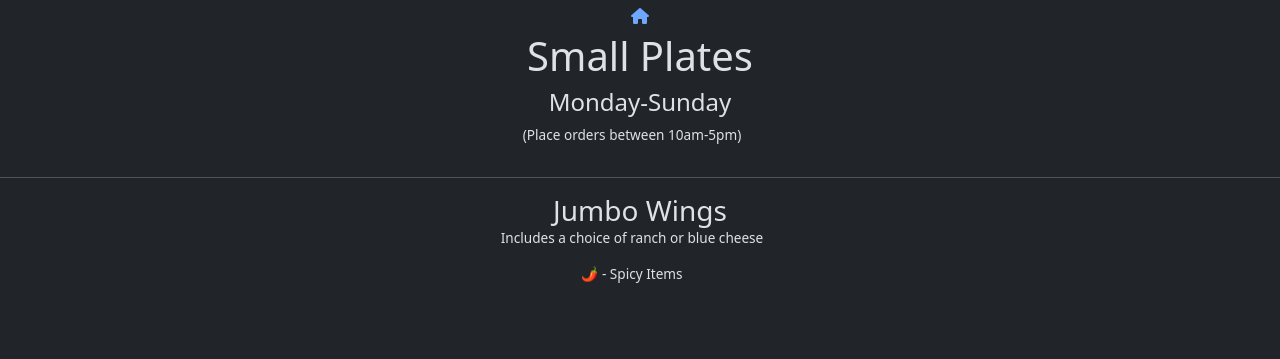
Repository: dukedward/smokehousemenu
Page: plates/index.html
An editor plug-in stored every save of this project. The page is shown before and after the next save, followed by the edit.
The browser window is 1280 px wide. The pictures show the whole page.
Some web libraries are served in a nearby version.

Above is the page before, as saved 2023-03-06 12:46:02.

### plates/index.html
<!DOCTYPE html>
<html lang="en" data-bs-theme="dark">
<head>
    <meta charset="UTF-8">
    <meta http-equiv="X-UA-Compatible" content="IE=edge">
    <meta name="viewport" content="width=device-width, initial-scale=1.0">
    <link rel="stylesheet" href="https://cdnjs.cloudflare.com/ajax/libs/font-awesome/6.3.0/css/all.min.css" integrity="sha512-SzlrxWUlpfuzQ+pcUCosxcglQRNAq/DZjVsC0lE40xsADsfeQoEypE+enwcOiGjk/bSuGGKHEyjSoQ1zVisanQ==" crossorigin="anonymous" referrerpolicy="no-referrer" />
    <link href="https://cdn.jsdelivr.net/npm/bootstrap@5.3.0-alpha1/dist/css/bootstrap.min.css" rel="stylesheet" integrity="sha384-GLhlTQ8iRABdZLl6O3oVMWSktQOp6b7In1Zl3/Jr59b6EGGoI1aFkw7cmDA6j6gD" crossorigin="anonymous">
    <link rel="stylesheet" href="../style.css" />
    <link rel="shortcut icon" href="../images/favicon.ico" type="image/x-icon">
    <title>Small Plates</title>
</head>
<body>
    <div class="title">
        <a href="/">
            <i class="fa-solid fa-house mt-2 mb-2"></i>
        </a>
        <h1>Small Plates</h1>
        <h4>Monday-Sunday</h4>
        <p>(Place orders between 10am-5pm)</p>
    </div>
    <!-- <hr>
    <div class="sections">
        <div class="sect">
            <h3>Jumbo Wings</h3>
            <div class="desc">
                <p>Includes a choice of ranch or blue cheese</p>
            </div>
            <div class="sub-sect">
                <h4>Choose Amount:</h4>
                <ul>
                    <li>5pc - $7.50</li>
                    <li>10pc - $13</li>
                    <li>20pc - $22</li>
                    <li>30pc - $31</li>
                </ul>
            </div>
            <div class="sub-sect">
                <h4>Choose Style:</h4>
                <ul>
                    <li>Traditional Fried</li>
                    <li>Smoke Fried</li>
                    <li>Signature Wild Wings</li>
                </ul>
            </div>
            <div class="sub-sect">
                <h4>Choose Sauces:</h4>
                <div class="desc">
                    <p>🌶️ - Spicy items</p>
                </div>
                <ul>
                    <li>Greg's Sweet BBQ</li>
                    <li>Sweet Teriyaki</li>
                    <li>Garlic Parmesan</li>
                    <li>Honey Mustard</li>
                    <li>Lemon Pepper</li>
                    <li>Carolina Gold 🌶️</li>
                    <li>Buffalo Sauce 🌶️</li>
                    <li>Hot Garlic 🌶️</li>
                    <li>Hot Honey Garlic 🌶️</li>
                    <li>Greg's Spicy BBQ (Sweet & Spicy) 🌶️</li>
                    <li>Honey Sriracha 🌶️</li>
                    <li>Spicy Honey Mustard 🌶️</li>
                    <li>Sweet Thai Chili 🌶️</li>
                </ul>
            </div>
        </div>
        <hr>
        <div class="sect">
            <h3>Smoked Pork Ribs</h3>
            <ul>
                <li>(2) Bone - $7</li>
                <li>Half Rack - $17.50</li>
                <li>Full Rack - $33</li>
            </ul>
            <h3>Smoked Beef Ribs</h3>
            <ul>
                <li>(1) Bone - $15</li>
                <li>(2) Bones - $25</li>
            </ul>
        </div>
        <hr>
        <div class="sect">
            <h3>Regular Sides</h3>
            <div class="desc">
                <p>Small - $4</p>
                <p>Large - $6</p>
            </div>
            <ul>
                <li>Seasoned Fries</li>
                <li>Tater Tots</li>
            </ul>
            <h3>Specialty Sides</h3>
            <div class="desc">
                <p>Cup - $7</p>
                <p>Pint - $12</p>
                <p>Quart - $21</p>
            </div>
            <ul>
                <li>White chedder Mac-n-Cheese</li>
                <li>Mommas Baked Beans (made w/ beef)</li>
                <li>Southern Green Beans (made w/ Turkey)</li>
            </ul>
            <h3>Garlic Toast</h3>
            <ul>
                <li>Small Basket (3) - $4</li>
                <li>Large Basket (6) - $6</li>
            </ul>
        </div>
        <hr>
        <div class="sect">
            <h3>Plates</h3>
            <div class="desc">
                <p>Includes 1 side & garlic toast</p>
                <p>$3 extra for specialty sides</p>
            </div>
            <ul>
                <li>Fried Shrimp Plate - $16</li>
                <li>Fried Catfish Plate - $16</li>
                <li>Small Wing Plate (5) - $10</li>
                <li>Large Wing Plate (10) - $16</li>
                <li>Chicken Finger Plate (4) - $12</li>
                <li>BBQ Chicken Plate (Leg & Thigh) - $11</li>
                <li>Fried Chicken Plate (Leg & Thigh) - $12</li>
                <li>Pulled Pork (1/2 lb) - $13</li>
                <li>Pork Rib Plate (4) - $15</li>
                <li>Beef Short Rib Plate (1/2 lb) - $20</li>
                <li>Smoked Sausage (1 lb Sliced) - $12</li>
            </ul>
        </div>
        <hr>
        <div class="sect">
            <h3>Sandwiches</h3>
            <div class="desc">
                <p>Includes one side</p>
            </div>
            <ul>
                <li>Chicken Sandwich - $13</li>
                <li>Short Rib Sandwich - $18</li>
                <li>Sausage & Peppers Pork - $15</li>
                <li>Cheese Burger - $11</li>
            </ul>
            <h3>Sliders</h3>
            <div class="desc">
                <p>Includes one side and sauce of choice</p>
            </div>
            <ul>
                <li>Chicken Sliders - $12</li>
                <li>Pulled Pork Sliders - $14</li>
                <li>Beef Short Rib Sliders - $16</li>
                <li>Mix-n-Match Sliders - $15</li>
            </ul>
        </div>
        <hr>
        <div class="sect">
            <h3>Add Ons</h3>
            <ul>
                <li>Side Shrimp (1/4 lb) - $7</li>
                <li>Catfish (1) - $7</li>
                <li>Chicken Finger (1) - $3</li>
                <li>Pork Sausage (1) - $7</li>
            </ul>
        </div>
    </div> -->
    <div class="bottom"></div>
    <script src="https://cdn.jsdelivr.net/npm/bootstrap@5.3.0-alpha1/dist/js/bootstrap.bundle.min.js" integrity="sha384-w76AqPfDkMBDXo30jS1Sgez6pr3x5MlQ1ZAGC+nuZB+EYdgRZgiwxhTBTkF7CXvN" crossorigin="anonymous"></script>
    <script src="../script.js"></script>
</body>
</html>

### style.css
.container {
    height: 100vh;
}

.title {
	display: flex;
	flex-direction: column;
	justify-content: center;
	align-items: center;
}

.sections {
	display: grid;
}

.sect, .sub-sect {
	display: flex;
	flex-direction: column;
	justify-content: left;
	align-items: center;
}

.sect h2,h3 {
    margin-bottom: 0;
}

.desc {
    display: flex;
    flex-direction: row;
    justify-content: space-between;
}

.desc p,.title p {
    padding-right: 1rem;
    font-size: .85rem;
}

### script.js
// Collecting DOM Elements
const bottom = document.querySelector('.bottom');
const sections = document.querySelector('.sections');

// API Data
const categories = [
    {
        name: 'Jumbo Wings',
        hasSubSection: true,
        description: [
            {
                text: 'Includes a choice of ranch or blue cheese',
            },
        ],
    },
];
const products = [
    {
        name: 'Greg\'s Spicy BBQ (Sweet & Spicy) 🌶️',
        image: '',
        price: 0,
        category: '640533ab345c72c36a197c35'
    },
];
const subCategories = [
    {
        name: 'Choose Sauces',
        description: [
            {
                text: '🌶️ - Spicy Items',
            },
        ],
        category: {
            _id: '640533ab345c72c36a197c35',
        },
    },
];

document.body.onload = addSection;

function addSection() {
    for(i=0; i < categories.length; i++) {
            // create a new div element
            const lineBreak = document.createElement("hr");
            const newDiv = document.createElement("div");
            newDiv.className = "sect";

            // and give it some content
            // Section Title
            const newSectTitle = document.createElement("h3");
            newSectTitle.innerHTML = categories[i].name;

            // Section Description
            const newDesc = document.createElement("div");
            newDesc.className = "desc";
            for(e=0; e < categories[i].description.length; e++ ) {
                const newDescText = document.createElement("p");
                newDescText.innerHTML = categories[i].description[i].text;
                newDesc.appendChild(newDescText);
            }

            if(categories[i].hasSubSection === true) {
                for (s=0; s < subCategories.length; s++) {
                    // Sub Section
                    const newSubSect = document.createElement("div");
                    newSubSect.className = "sub-sect";

                    // Sub Section Title
                    const newSubSectTitle = document.createElement("h4");
                    newSubSectTitle.innerHTML = subCategories[s].name;

                    // Sub Section Description
                    const newSubSectDesc = document.createElement('div');
                    newSubSectDesc.className = "desc";
                    for (d=0; d < subCategories[s].description.length; d++) {
                        const newSubSectDescText = document.createElement("p");
                        newSubSectDescText.innerHTML = subCategories[s].description[d].text;
                        newSubSectDesc.appendChild(newSubSectDescText);

                        // Sub Section List
                        const newSubSectList = document.createElement('ul');
                        for (p=0; p > products.length; p++) {
                            const newSubSectListItem = document.createElement('li');
                            newSubSectListItem.innerHTML = products[p].name
                            newSubSectList.appendChild(newSubSectListItem)

                            // Appending all elements to Sub Section
                            newSubSect.appendChild(newSubSectTitle)
                        }
                        newSubSect.appendChild(newSubSectDesc)
                        newSubSect.appendChild(newSubSectList)

                        // Appending all elements to Parent Div
                        newDiv.appendChild(newSectTitle);
                        newDiv.appendChild(newDesc);
                        newDiv.appendChild(newSubSect)
                    }
                }
            } else {
                //  Section List
                const newSectList = document.createElement('ul');
                const newSectListItem = document.createElement('li');
                newSectListItem.innerHTML = products[0].name
                newSectList.appendChild(newSectListItem)

                // Appending all elements to Parent Div
                newDiv.appendChild(newSectTitle);
                newDiv.appendChild(newDesc);
                newDiv.appendChild(newSectList)
            }

            // add the newly created element and its content into the DOM
            document.body.insertBefore(lineBreak, bottom)
            document.body.insertBefore(newDiv, bottom)
            }
}

After the next save:
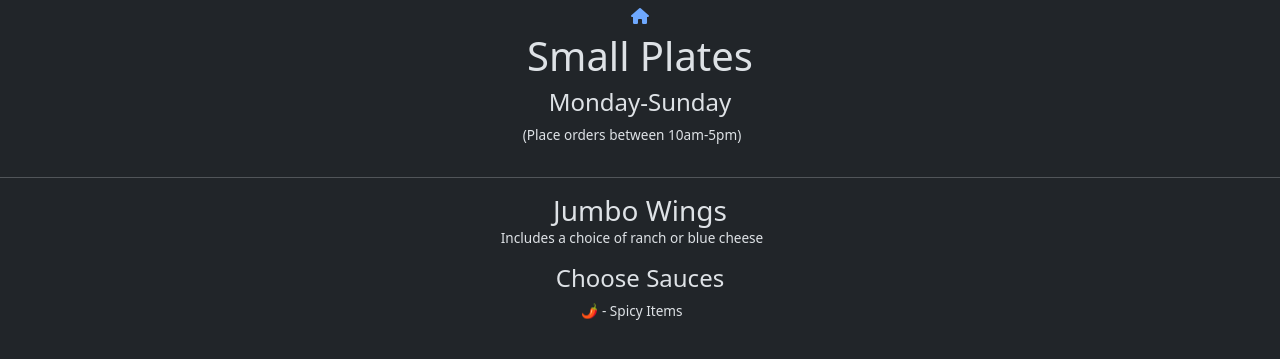
Saved 69 s later.
--- a/script.js
+++ b/script.js
@@ -84,9 +84,9 @@ function addSection() {
                             newSubSectListItem.innerHTML = products[p].name
                             newSubSectList.appendChild(newSubSectListItem)
 
-                            // Appending all elements to Sub Section
-                            newSubSect.appendChild(newSubSectTitle)
                         }
+                        // Appending all elements to Sub Section
+                        newSubSect.appendChild(newSubSectTitle)
                         newSubSect.appendChild(newSubSectDesc)
                         newSubSect.appendChild(newSubSectList)
 
